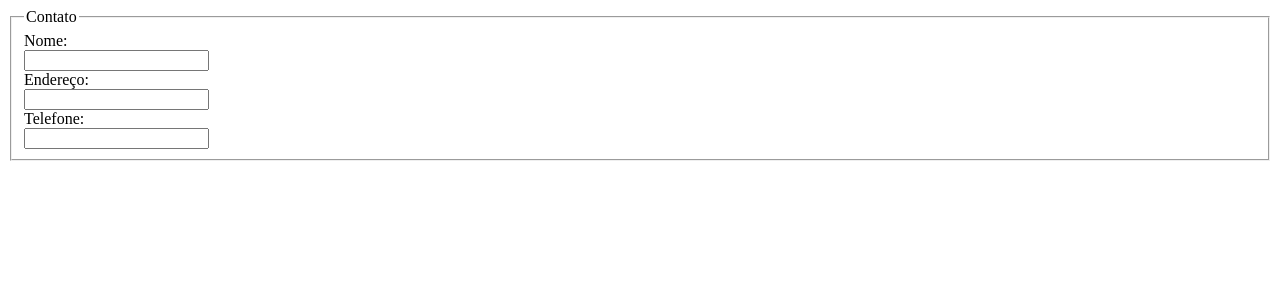
Repository: daniloserafim/trilha-backend-senai
Page: exemploServlet/WebContent/contato.html
An editor plug-in stored every save of this project. The page is shown before and after the next save, followed by the edit.
The browser window is 1280 px wide. The pictures show the whole page.

Above is the page before, as saved 2022-05-31 22:17:51.

After the next save:
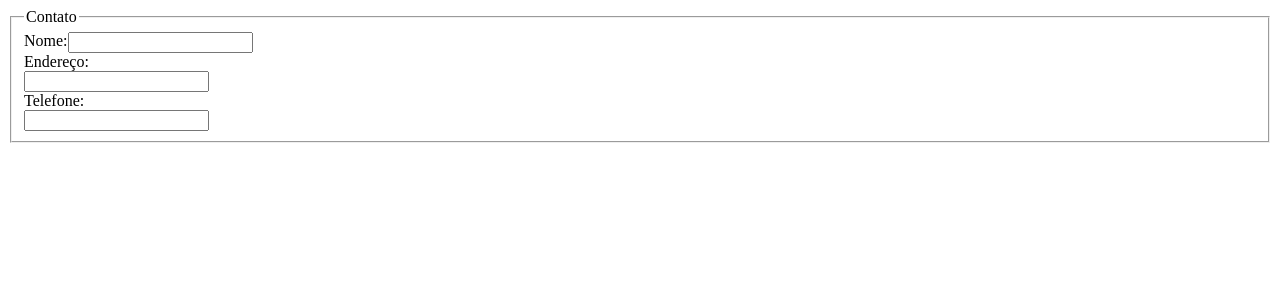
Saved 57 s later.
--- a/exemploServlet/WebContent/contato.html
+++ b/exemploServlet/WebContent/contato.html
@@ -9,7 +9,7 @@
 		<fieldset>
 			<legend>Contato</legend>
 			<div class="form-box">
-				<div class="nome-box">
+				<div class="nome-box" style="display: flex; flex-direction: row;">
 					<div class="nome-title">
 						<label>Nome:</label>
 					</div>
